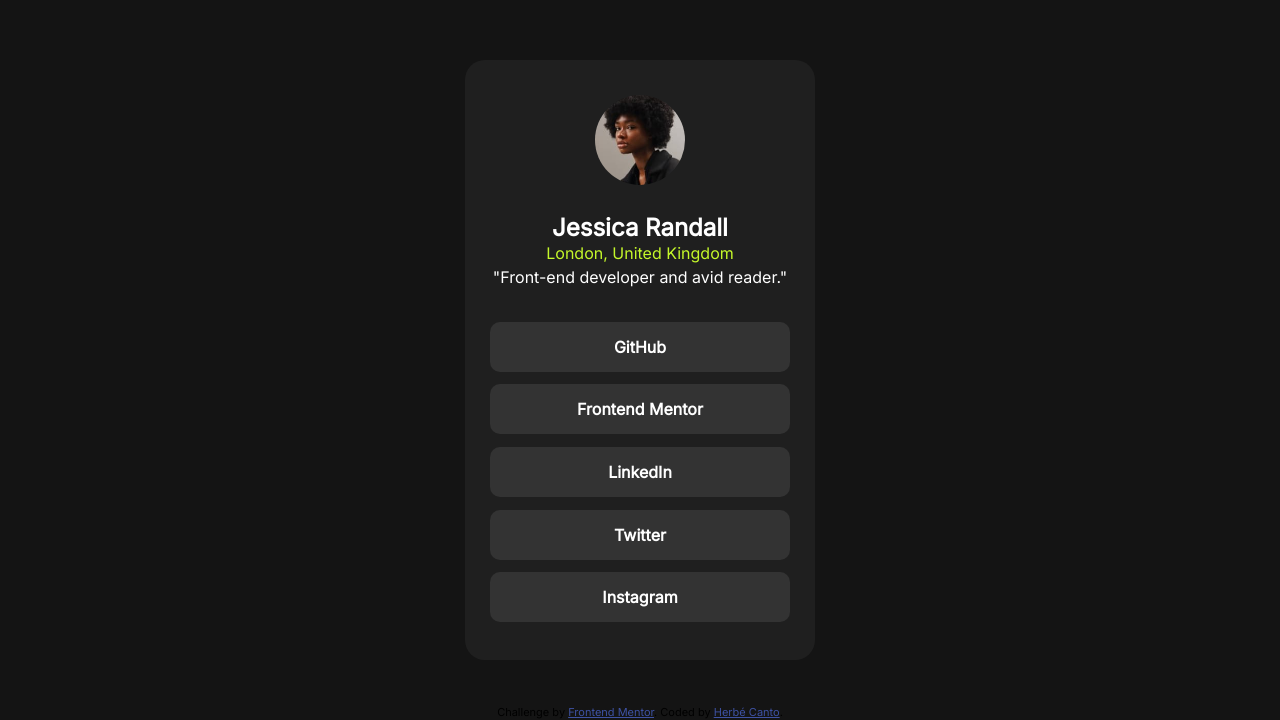
Repository: herbecanto/Social-Links-Profile
Page: index.html
An editor plug-in stored every save of this project. The page is shown before and after the next save, followed by the edit.
The browser window is 1280 px wide. The pictures show the whole page.

Above is the page before, as saved 2025-01-22 21:44:53.

After the next save:
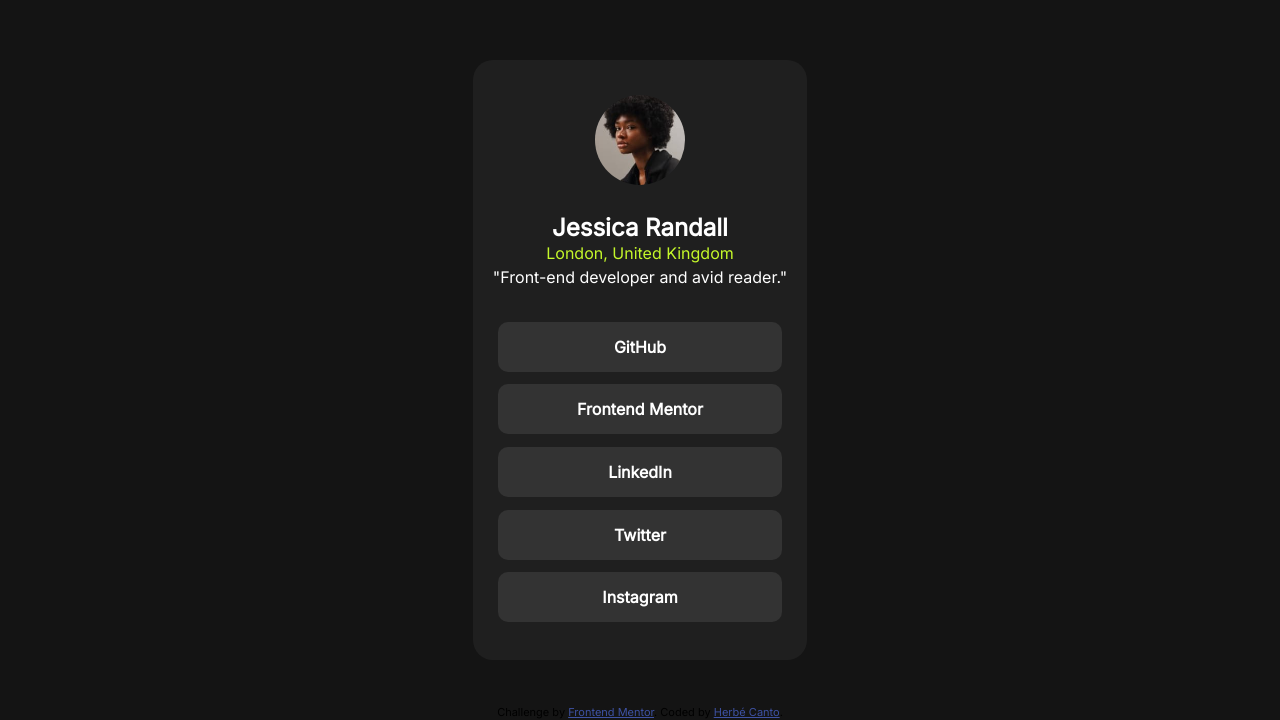
Saved 13 s later.
--- a/assets/styles/style.css
+++ b/assets/styles/style.css
@@ -116,7 +116,7 @@ main {
 }
 
 .card-container {
-  width: 350px;
+  min-width: 300px;
   height: 600px;
 
   background-color: var(--grey800);
